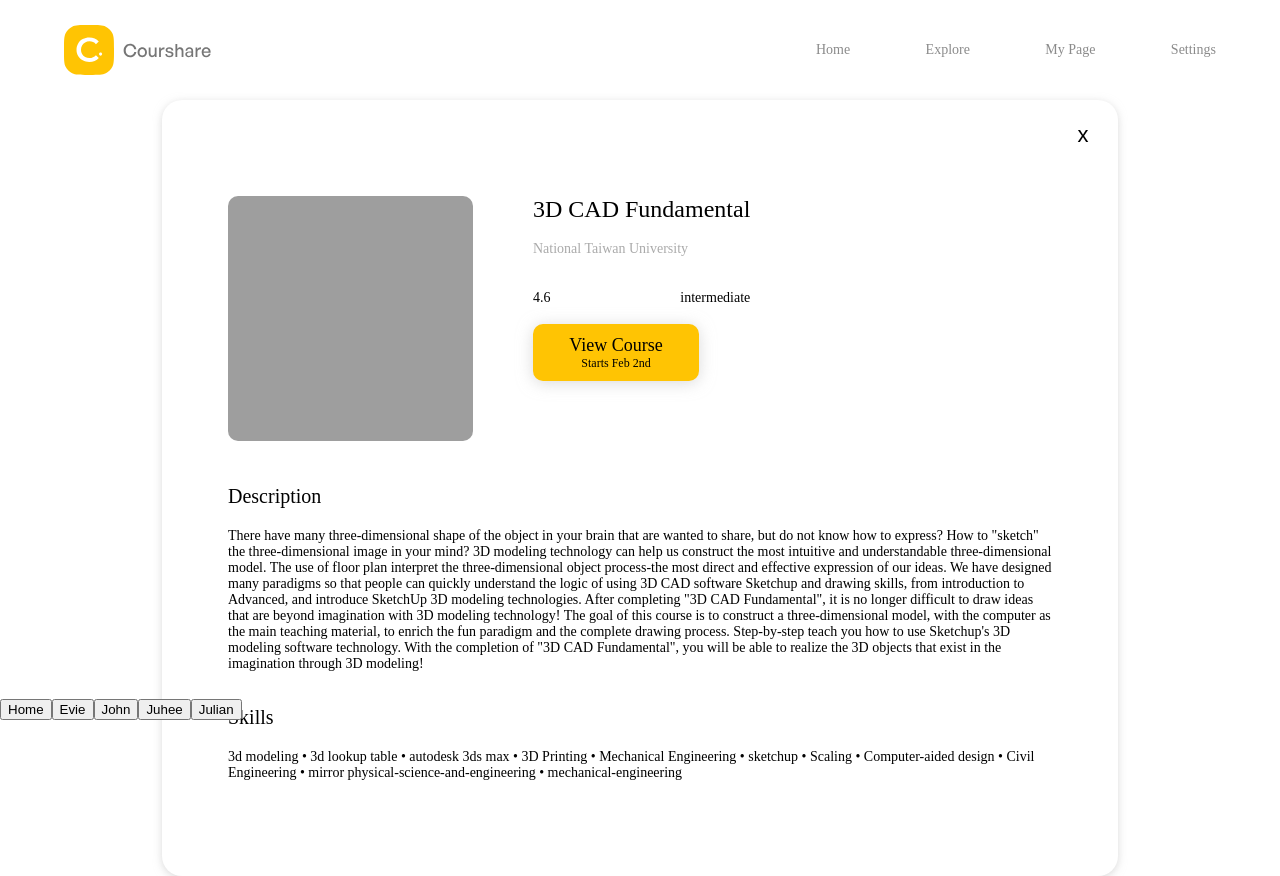
Repository: julianm09/courshare-app
Page: /comps/juhee
An editor plug-in stored every save of this project. The page is shown before and after a run of saves, followed by the edit.
The browser window is 1280 px wide. The pictures show the whole page.
Pictures or frames that could not be fetched are drawn as grey boxes. The project was rebuilt for these pictures with package versions that can differ from the ones it lists, and the page was loaded fresh each time. The framework's server and built-in components were replaced by stand-ins that run in the browser. Also part of the build but not shown: next.config.js.

Above is the page before, as saved 2022-02-07 14:45:20.

### pages/_app.js
import "../styles/globals.css";
import styled from "styled-components";
import { useRouter } from "next/router";
import Navbar from "@/components/Navbar";

function MyApp({ Component, pageProps }) {
  const r = useRouter();
  return (
    <>
    <Navbar/>
      <Component {...pageProps} />

      <BotNav>
        <button onClick={() => r.push("/")}>Home</button>
        <button onClick={() => r.push("/comps/evie")}>Evie</button>
        <button onClick={() => r.push("/comps/john")}>John</button>
        <button onClick={() => r.push("/comps/juhee")}>Juhee</button>
        <button onClick={() => r.push("/comps/julian")}>Julian</button>
      </BotNav>
    </>
  );
}

const BotNav = styled.div`
  position: fixed;
  bottom: 0px;
`;

export default MyApp;

### pages/comps/juhee.js
import styled from "styled-components";
import CourseDetailCard from "@/components/CourseDetailCard";

export default function Juhee() {
  return (
    <Cont>
      {/* make components here */}
      <CourseDetailCard></CourseDetailCard>
    </Cont>
  );
}

const Cont = styled.div`
  display: flex;
  align-items: center;
  flex-direction: column;
  width: 100%;
`;

### styles/globals.css
@import url("general-sans.css");

html,
body {
  padding: 0;
  margin: 0;
  font-family: -apple-system, BlinkMacSystemFont, Segoe UI, Roboto, Oxygen,
    Ubuntu, Cantarell, Fira Sans, Droid Sans, Helvetica Neue, sans-serif;
}

a {
  color: inherit;
  text-decoration: none;
}

* {
  box-sizing: border-box;
}

### components/Navbar.js
import styled from "styled-components";
import { useState } from "react";
import { useRouter } from "next/router";

export default function Navbar({}) {
  const r = useRouter();

  const [menu, setMenu] = useState(false);

  const handleLink = (t) => {
    setMenu(false);
    r.push(t);
  };

  return (
    <NavbarUI>
      <Logo
        src="/logo.svg"
        selected={r.pathname == "/"}
        onClick={() => handleLink("/")}
      ></Logo>
      <Navigation>
        <LinkUI selected={r.pathname == "/"} onClick={() => handleLink("/")}>
          Home
        </LinkUI>
        <LinkUI
          selected={r.pathname == "/explore"}
          onClick={() => handleLink("/explore")}
        >
          Explore
        </LinkUI>
        <LinkUI
          selected={r.pathname == "/mypage"}
          onClick={() => handleLink("/mypage")}
        >
          My Page
        </LinkUI>
        <LinkUI
          selected={r.pathname == "/settings"}
          onClick={() => handleLink("/settings")}
        >
          Settings
        </LinkUI>
      </Navigation>
      <MenuIcon
        src={menu ? "/icons/close.svg" : "/icons/menu.svg"}
        onClick={() => setMenu(!menu)}
      />
      {menu ? (
        <MobileMenu>
          <LinkUI selected={r.pathname == "/"} onClick={() => handleLink("/")}>
            Home
          </LinkUI>
          <LinkUI
            selected={r.pathname == "/explore"}
            onClick={() => handleLink("/explore")}
          >
            Explore
          </LinkUI>
          <LinkUI
            selected={r.pathname == "/mypage"}
            onClick={() => handleLink("/mypage")}
          >
            My Page
          </LinkUI>
          <LinkUI
            selected={r.pathname == "/settings"}
            onClick={() => handleLink("/settings")}
          >
            Settings
          </LinkUI>
        </MobileMenu>
      ) : (
        <></>
      )}
    </NavbarUI>
  );
}

const NavbarUI = styled.div`
  width: 100%;
  padding: 0 5%;
  height: 100px;
  display: flex;
  align-items: center;
  justify-content: space-between;

  -webkit-touch-callout: none; /* iOS Safari */
  -webkit-user-select: none; /* Safari */
  -khtml-user-select: none; /* Konqueror HTML */
  -moz-user-select: none; /* Old versions of Firefox */
  -ms-user-select: none; /* Internet Explorer/Edge */
  user-select: none; /* Non-prefixed version, currently supported by Chrome, Edge, Opera and Firefox */
`;

const Logo = styled.img`
  cursor: pointer;
`;

const Navigation = styled.div`
  display: flex;
  justify-content: space-between;
  width: 400px;
  @media (max-width: 1000px) {
    display: none;
  }
`;

const LinkUI = styled.div`
  cursor: pointer;
  font-family: General Sans;
  font-style: normal;
  font-size: 14px;
  line-height: 24px;
  color: #8b8b8b;
  color: ${(props) => (props.selected ? "#595959" : "#8B8B8B")};
  font-weight: ${(props) => (props.selected ? "500" : "400")};
`;

const MenuIcon = styled.img`
  cursor: pointer;
  display: none;
  @media (max-width: 1000px) {
    display: flex;
  }
`;

const MobileMenu = styled.div`
  cursor: pointer;
  display: flex;
  position: absolute;
  height: 200px;
  flex-direction: column;
  justify-content: space-between;
  align-items: flex-end;
  top: 100px;
  width: 90%;
  @media (min-width: 1000px) {
    display: none;
  }
`;

### components/CourseDetailCard.js
import styled from "styled-components";
import { useState } from "react";
import Heart from "../public/icons/heart.svg";
import RegisterButton from "../components/RegisterButton";
const BigCont = styled.div`
  display: flex;
  flex-direction: column;
  width: 956px;
  height: 776px;
  background-color: #ffffff;
  box-shadow: 0px 2px 8px 0px rgba(185, 185, 185, 0.52);
  border-radius: 20px;
  font-family: General Sans;
`;
const ButtonCont = styled.div`
  display: flex;
  justify-content: flex-end;
  margin-right: 20px;
  margin-top: 20px;
`;
const XButton = styled.button`
  border: none;
  background-color: #fff;
  border-radius: 20px;
  width: 30px;
  height: 30px;
  color: #000;
  font-size: 22px;
`;
const ContentCont = styled.div`
  display: flex;
  flex-direction: column;
  justify-content: space-between;
  padding: 46px 66px 66px 66px;
`;
const FristCont = styled.div`
  display: flex;
  flex-direction: row;
`;
const LeftCont = styled.div``;

const Img = styled.img`
  width: 245px;
  height: 245px;
  border-radius: 10px;
`;
const Heading1 = styled.p`
  font-size: 24px;
  margin: 0;
  font-weight: 500;
`;

const GreyText = styled.p`
  color: #aaaaaa;
  font-size: 14px;
`;
const RightCont = styled.div`
  height: 245px;
  margin-left: 60px;
  display: flex;
  flex-direction: column;
  align-items: space-between;
`;
const RightSmallCont = styled.div`
  display: flex;
  flex-direction: row;
  justify-content: space-between;
  margin-bottom: 2%;
`;
const SecondCont = styled.div`
  margin-top: 20px;
`;
const Heading2 = styled.p`
  font-size: 20px;
  font-weight: 500;
`;
const Desc = styled.p`
  font-size: 14px;
`;
const ThirdCont = styled.div``;

export default function CourseDetailCard({
  name = "3D  CAD Fundamental",
  school = "National Taiwan University",
  rating = 4.6,
  difficulty = "intermediate",
  description = "",
  skills = "",
}) {
  return (
    <BigCont>
      <ButtonCont>
        <XButton>x</XButton>
      </ButtonCont>
      <ContentCont>
        <FristCont>
          <LeftCont>
            <Img src="https://images.unsplash.com/photo-1600869009498-8d429f88d4f5?ixlib=rb-1.2.1&ixid=MnwxMjA3fDB8MHxwaG90by1wYWdlfHx8fGVufDB8fHx8&auto=format&fit=crop&w=2340&q=80" />
          </LeftCont>
          <RightCont>
            <RightSmallCont>
              <Heading1>{name}</Heading1>
            </RightSmallCont>
            <RightSmallCont>
              <GreyText>{school}</GreyText>
            </RightSmallCont>
            <RightSmallCont>
              <Desc>{rating}</Desc>
              <Desc>{difficulty}</Desc>
            </RightSmallCont>
            <RightSmallCont>
              <RegisterButton />
            </RightSmallCont>
          </RightCont>
        </FristCont>
        <SecondCont>
          <Heading2>Description</Heading2>
          <Desc>
            There have many three-dimensional shape of the object in your brain
            that are wanted to share, but do not know how to express? How to
            "sketch" the three-dimensional image in your mind? 3D modeling
            technology can help us construct the most intuitive and
            understandable three-dimensional model. The use of floor plan
            interpret the three-dimensional object process-the most direct and
            effective expression of our ideas. We have designed many paradigms
            so that people can quickly understand the logic of using 3D CAD
            software Sketchup and drawing skills, from introduction to Advanced,
            and introduce SketchUp 3D modeling technologies. After completing
            "3D CAD Fundamental", it is no longer difficult to draw ideas that
            are beyond imagination with 3D modeling technology! The goal of this
            course is to construct a three-dimensional model, with the computer
            as the main teaching material, to enrich the fun paradigm and the
            complete drawing process. Step-by-step teach you how to use
            Sketchup's 3D modeling software technology. With the completion of
            "3D CAD Fundamental", you will be able to realize the 3D objects
            that exist in the imagination through 3D modeling!
          </Desc>
        </SecondCont>
        <ThirdCont>
          <Heading2>Skills</Heading2>
          <Desc>
            3d modeling • 3d lookup table • autodesk 3ds max • 3D Printing •
            Mechanical Engineering • sketchup • Scaling • Computer-aided design
            • Civil Engineering • mirror physical-science-and-engineering •
            mechanical-engineering
          </Desc>
        </ThirdCont>
      </ContentCont>
    </BigCont>
  );
}

### styles/general-sans.css
/**
 * @license
 *
 * Font Family: General Sans
 * Designed by: Frode Helland
 * URL: https://www.fontshare.com/fonts/general-sans
 * © 2021 Indian Type Foundry
 *
 * Font Styles:
 * General Sans Variable(Variable font)
 * General Sans Variable Italic(Variable font)
 * General Sans Extralight
 * General Sans Extralight Italic
 * General Sans Light
 * General Sans Light Italic
 * General Sans Regular
 * General Sans Italic
 * General Sans Medium
 * General Sans Medium Italic
 * General Sans Semibold
 * General Sans Semibold Italic
 * General Sans Bold
 * General Sans Bold Italic
 *
*/


/**
* This is a variable font
* You can controll variable axes as shown below:
* font-variation-settings: 'wght' 700.0;
*
* available axes:

* 'wght' (range from 200.0 to 700.0)

*/

@font-face {
  font-family: 'GeneralSans-Variable';
  src: url('../fonts/GeneralSans-Variable.woff2') format('woff2'),
       url('../fonts/GeneralSans-Variable.woff') format('woff'),
       url('../fonts/GeneralSans-Variable.ttf') format('truetype');
       font-weight: 200 700;
       font-display: swap;
       font-style: normal;
}


/**
* This is a variable font
* You can controll variable axes as shown below:
* font-variation-settings: 'wght' 700.0;
*
* available axes:

* 'wght' (range from 200.0 to 700.0)

*/

@font-face {
  font-family: 'GeneralSans-VariableItalic';
  src: url('../fonts/GeneralSans-VariableItalic.woff2') format('woff2'),
       url('../fonts/GeneralSans-VariableItalic.woff') format('woff'),
       url('../fonts/GeneralSans-VariableItalic.ttf') format('truetype');
       font-weight: 200 700;
       font-display: swap;
       font-style: italic;
}


@font-face {
  font-family: 'GeneralSans-Extralight';
  src: url('../fonts/GeneralSans-Extralight.woff2') format('woff2'),
       url('../fonts/GeneralSans-Extralight.woff') format('woff'),
       url('../fonts/GeneralSans-Extralight.ttf') format('truetype');
       font-weight: 200;
       font-display: swap;
       font-style: normal;
}


@font-face {
  font-family: 'GeneralSans-ExtralightItalic';
  src: url('../fonts/GeneralSans-ExtralightItalic.woff2') format('woff2'),
       url('../fonts/GeneralSans-ExtralightItalic.woff') format('woff'),
       url('../fonts/GeneralSans-ExtralightItalic.ttf') format('truetype');
       font-weight: 200;
       font-display: swap;
       font-style: italic;
}


@font-face {
  font-family: 'GeneralSans-Light';
  src: url('../fonts/GeneralSans-Light.woff2') format('woff2'),
       url('../fonts/GeneralSans-Light.woff') format('woff'),
       url('../fonts/GeneralSans-Light.ttf') format('truetype');
       font-weight: 300;
       font-display: swap;
       font-style: normal;
}


@font-face {
  font-family: 'GeneralSans-LightItalic';
  src: url('../fonts/GeneralSans-LightItalic.woff2') format('woff2'),
       url('../fonts/GeneralSans-LightItalic.woff') format('woff'),
       url('../fonts/GeneralSans-LightItalic.ttf') format('truetype');
       font-weight: 300;
       font-display: swap;
       font-style: italic;
}


@font-face {
  font-family: 'GeneralSans-Regular';
  src: url('../fonts/GeneralSans-Regular.woff2') format('woff2'),
       url('../fonts/GeneralSans-Regular.woff') format('woff'),
       url('../fonts/GeneralSans-Regular.ttf') format('truetype');
       font-weight: 400;
       font-display: swap;
       font-style: normal;
}


@font-face {
  font-family: 'GeneralSans-Italic';
  src: url('../fonts/GeneralSans-Italic.woff2') format('woff2'),
       url('../fonts/GeneralSans-Italic.woff') format('woff'),
       url('../fonts/GeneralSans-Italic.ttf') format('truetype');
       font-weight: 400;
       font-display: swap;
       font-style: italic;
}


@font-face {
  font-family: 'GeneralSans-Medium';
  src: url('../fonts/GeneralSans-Medium.woff2') format('woff2'),
       url('../fonts/GeneralSans-Medium.woff') format('woff'),
       url('../fonts/GeneralSans-Medium.ttf') format('truetype');
       font-weight: 500;
       font-display: swap;
       font-style: normal;
}


@font-face {
  font-family: 'GeneralSans-MediumItalic';
  src: url('../fonts/GeneralSans-MediumItalic.woff2') format('woff2'),
       url('../fonts/GeneralSans-MediumItalic.woff') format('woff'),
       url('../fonts/GeneralSans-MediumItalic.ttf') format('truetype');
       font-weight: 500;
       font-display: swap;
       font-style: italic;
}


@font-face {
  font-family: 'GeneralSans-Semibold';
  src: url('../fonts/GeneralSans-Semibold.woff2') format('woff2'),
       url('../fonts/GeneralSans-Semibold.woff') format('woff'),
       url('../fonts/GeneralSans-Semibold.ttf') format('truetype');
       font-weight: 600;
       font-display: swap;
       font-style: normal;
}


@font-face {
  font-family: 'GeneralSans-SemiboldItalic';
  src: url('../fonts/GeneralSans-SemiboldItalic.woff2') format('woff2'),
       url('../fonts/GeneralSans-SemiboldItalic.woff') format('woff'),
       url('../fonts/GeneralSans-SemiboldItalic.ttf') format('truetype');
       font-weight: 600;
       font-display: swap;
       font-style: italic;
}


@font-face {
  font-family: 'GeneralSans-Bold';
  src: url('../fonts/GeneralSans-Bold.woff2') format('woff2'),
       url('../fonts/GeneralSans-Bold.woff') format('woff'),
       url('../fonts/GeneralSans-Bold.ttf') format('truetype');
       font-weight: 700;
       font-display: swap;
       font-style: normal;
}


@font-face {
  font-family: 'GeneralSans-BoldItalic';
  src: url('../fonts/GeneralSans-BoldItalic.woff2') format('woff2'),
       url('../fonts/GeneralSans-BoldItalic.woff') format('woff'),
       url('../fonts/GeneralSans-BoldItalic.ttf') format('truetype');
       font-weight: 700;
       font-display: swap;
       font-style: italic;
}

### components/RegisterButton.js
import styled from "styled-components";

const RegisterBtn = styled.button`
  width: 166px;
  height: 57px;
  background-color: ${(props) => props.background};
  color: #000000;
  filter: drop-shadow(0px 2px 8px rgba(185, 185, 185, 0.52));
  border-radius: 10px;
  border: none;
  display: flex;
  flex-direction: column;
  justify-content: center;
  align-items: center;
`;
const Header = styled.div`
  font-family: General Sans;
  font-style: normal;
  font-weight: 500;
  font-size: 18px;
  color: #000000;
  margin-left: auto;
  margin-right: auto;
`;

const Text = styled.div`
font-family: General Sans;
font-style: normal;
font-weight: normal;
font-size: 12px;
color: #000000;
margin-left: auto;
margin-right: auto;

}
`;

const RegisterButton = ({
  text = "View Course",
  data = "Starts Feb 2nd",
  background = "#FFC403",
}) => {
  return (
    <RegisterBtn background={background}>
      <Header>{text}</Header>
      <Text>{data}</Text>
    </RegisterBtn>
  );
};

export default RegisterButton;

Loaded but not shown: pages/_document.js (common file)

After the next 2 saves:
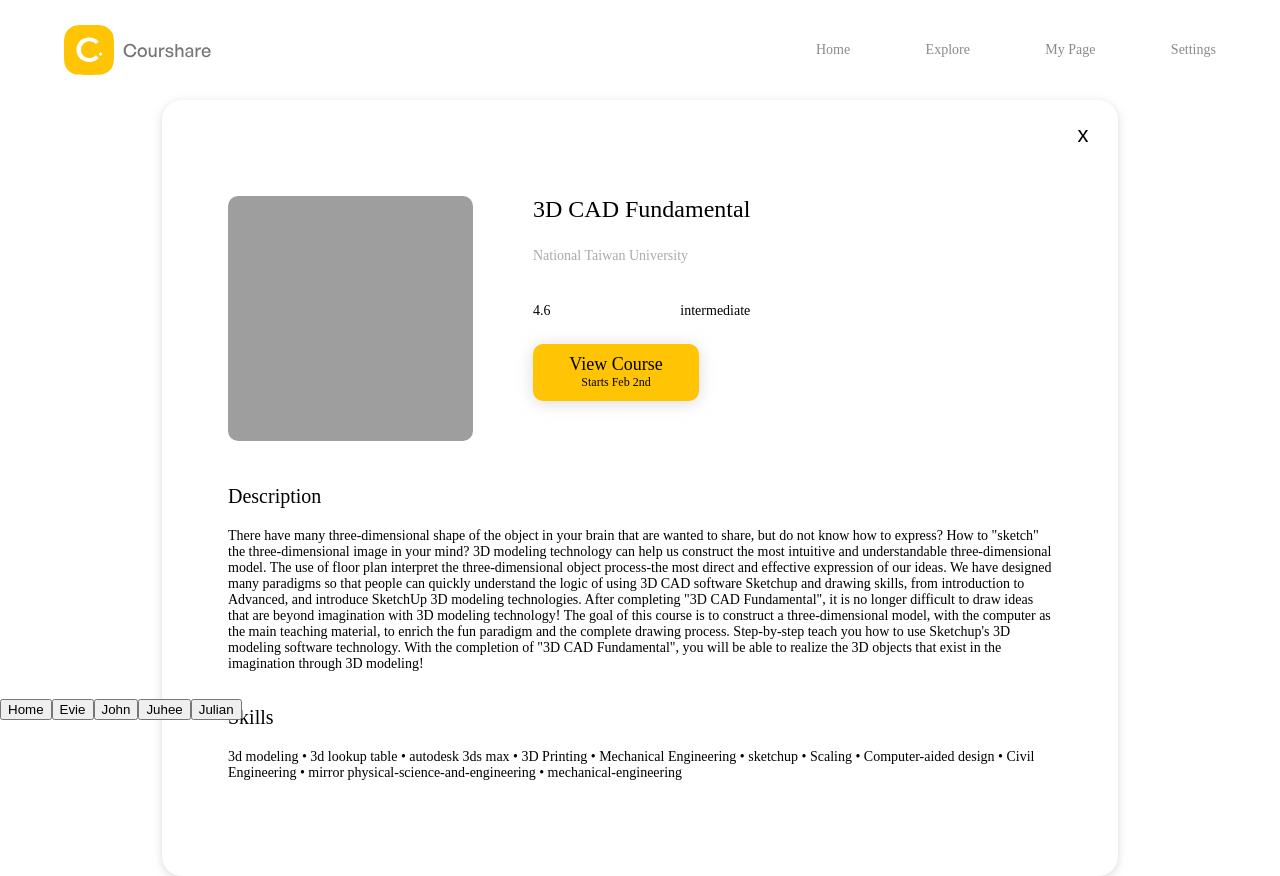
The 2 saves are shown as one change because they came seconds apart.
The last was saved 7 s later.
--- a/components/CourseDetailCard.js
+++ b/components/CourseDetailCard.js
@@ -65,7 +65,7 @@ const RightSmallCont = styled.div`
   display: flex;
   flex-direction: row;
   justify-content: space-between;
-  margin-bottom: 2%;
+  margin-bottom: 5%;
 `;
 const SecondCont = styled.div`
   margin-top: 20px;
